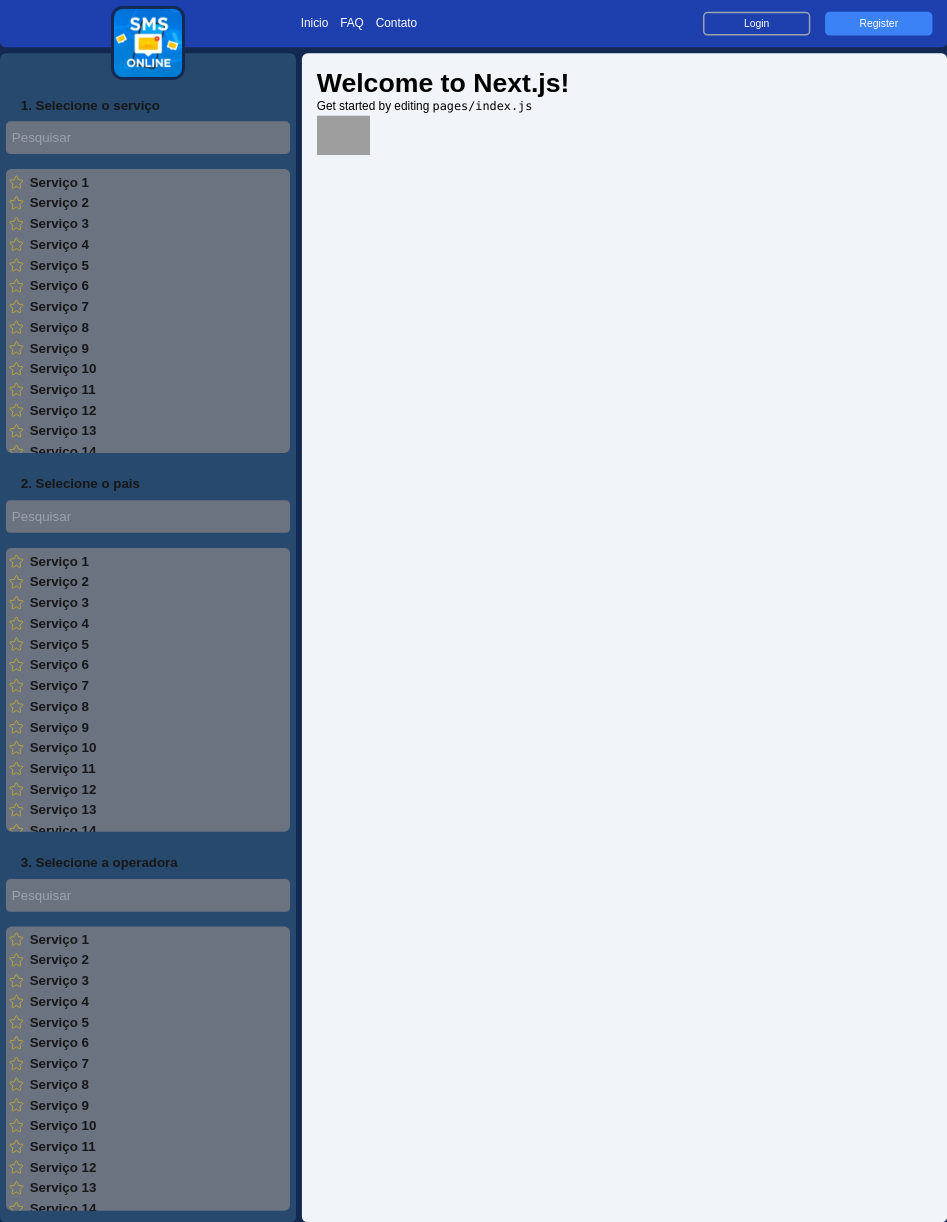
Repository: Felipe-Henrique-Dev/-DIOGO-SMS
Page: /
An editor plug-in stored every save of this project. The page is shown before and after the next save, followed by the edit.
The browser window is 1280 px wide. The pictures show the whole page, at 74% of full size.
Pictures or frames that could not be fetched are drawn as grey boxes. The project was rebuilt for these pictures with package versions that can differ from the ones it lists, and the page was loaded fresh each time. The framework's server and built-in components were replaced by stand-ins that run in the browser. Also part of the build but not shown: next.config.ts.

Above is the page before, as saved 2024-12-16 22:26:58.

After the next save:
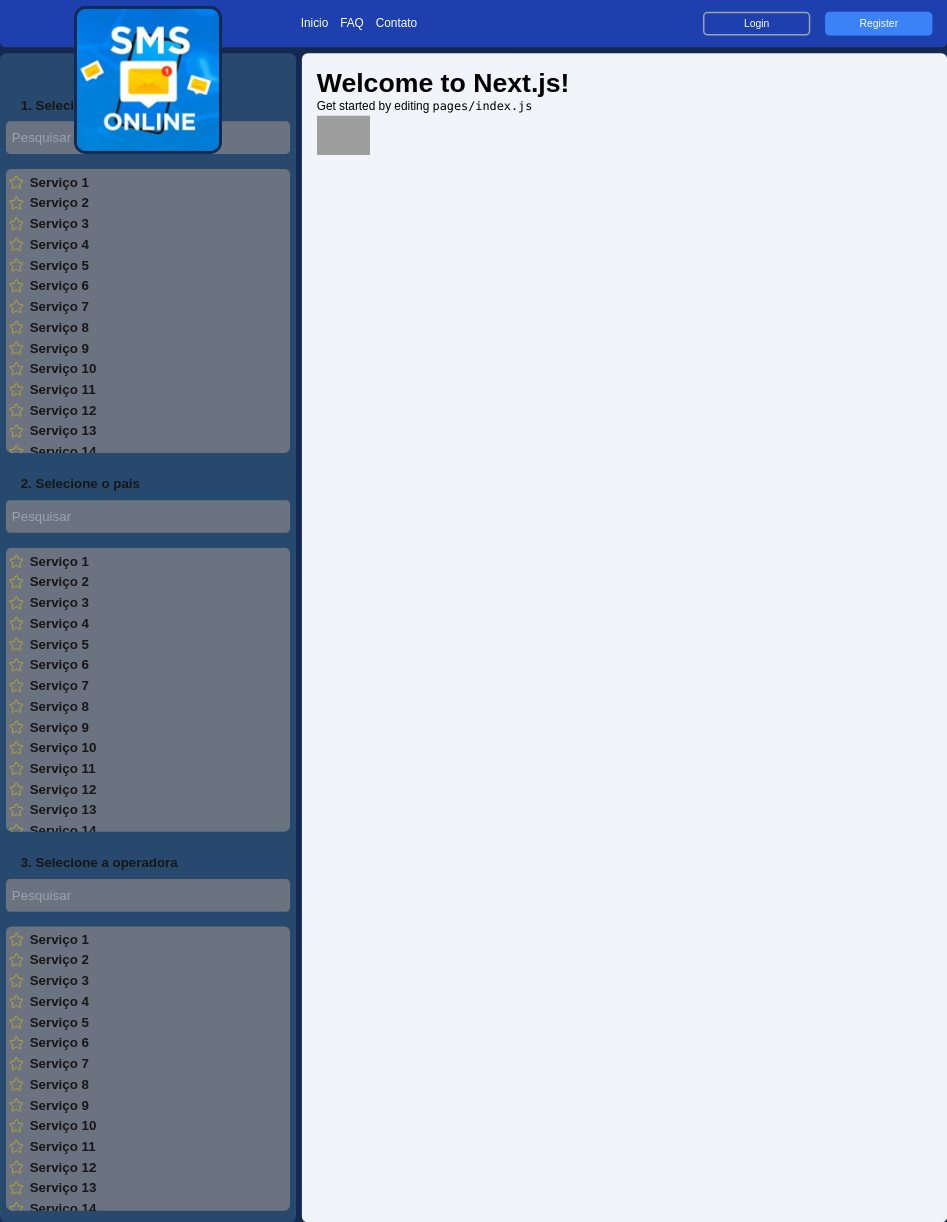
Saved 8 s later.
--- a/src/components/main/WebApp.tsx
+++ b/src/components/main/WebApp.tsx
@@ -10,7 +10,7 @@ export default function WebApp() {
 
   return (
     <aside className="min-w-[25rem] min-h-[90svh] bg-background_secondary text-pri sticky left-0 top-[4.5rem] rounded-lg flex flex-col p-2 gap-5  pt-14 z-[999]">
-      <Image src="/logo.webp" alt="Logo" width={100} height={100} className="rounded-2xl absolute -top-16 transform -translate-x-1/2 left-1/2 z-[99] border-4 border-background " />
+      <Image src="/logo.webp" alt="Logo" width={200} height={200} className="rounded-2xl absolute -top-16 transform -translate-x-1/2 left-1/2 z-[99] border-4 border-background " />
       <Container subTitle="1. Selecione o serviço" list={list} select={selectService} setSelect={setSelectService} />
       <Container subTitle="2. Selecione o pais" list={list} select={selectCountry} setSelect={setSelectCountry} />
       <Container subTitle="3. Selecione a operadora" list={list} select={selectOperator} setSelect={setSelectOperator} />
